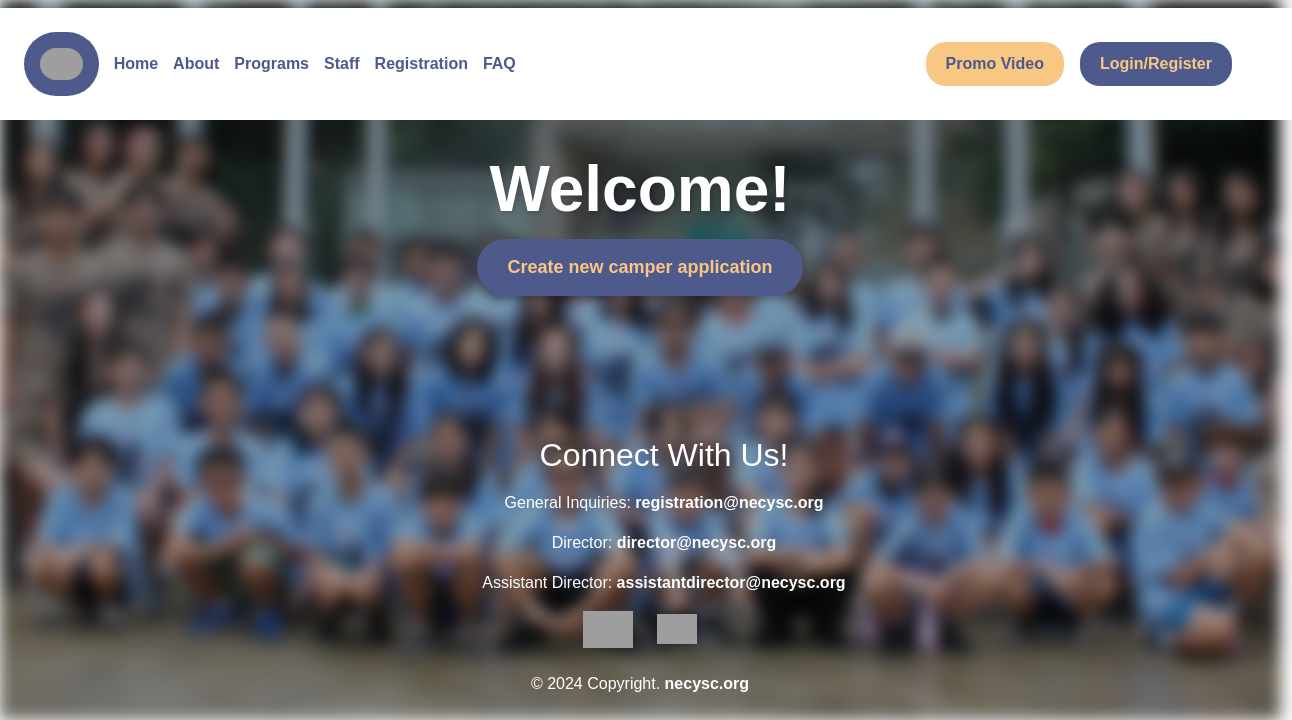
Repository: fullstackatbrown/project-necysc
Page: necysc_app/templates/necysc_app/applicant/index.html
An editor plug-in stored every save of this project. The page is shown before and after the next save, followed by the edit.
The browser window is 1280 px wide. The page is 1292 px wide, so the pictures cover 1292 px, including what lies to the right of the window. The pictures show the whole page.
Pictures or frames that could not be fetched are drawn as grey boxes. Some web fonts or font styles are not loaded; a fallback is used. The template is drawn by Django 5.2. The application's start-up code is not run. The template is opened directly, without the code that normally fills it, so the values that code supplies are empty.

Above is the page before, as saved 2024-12-04 02:02:15.

After the next save:
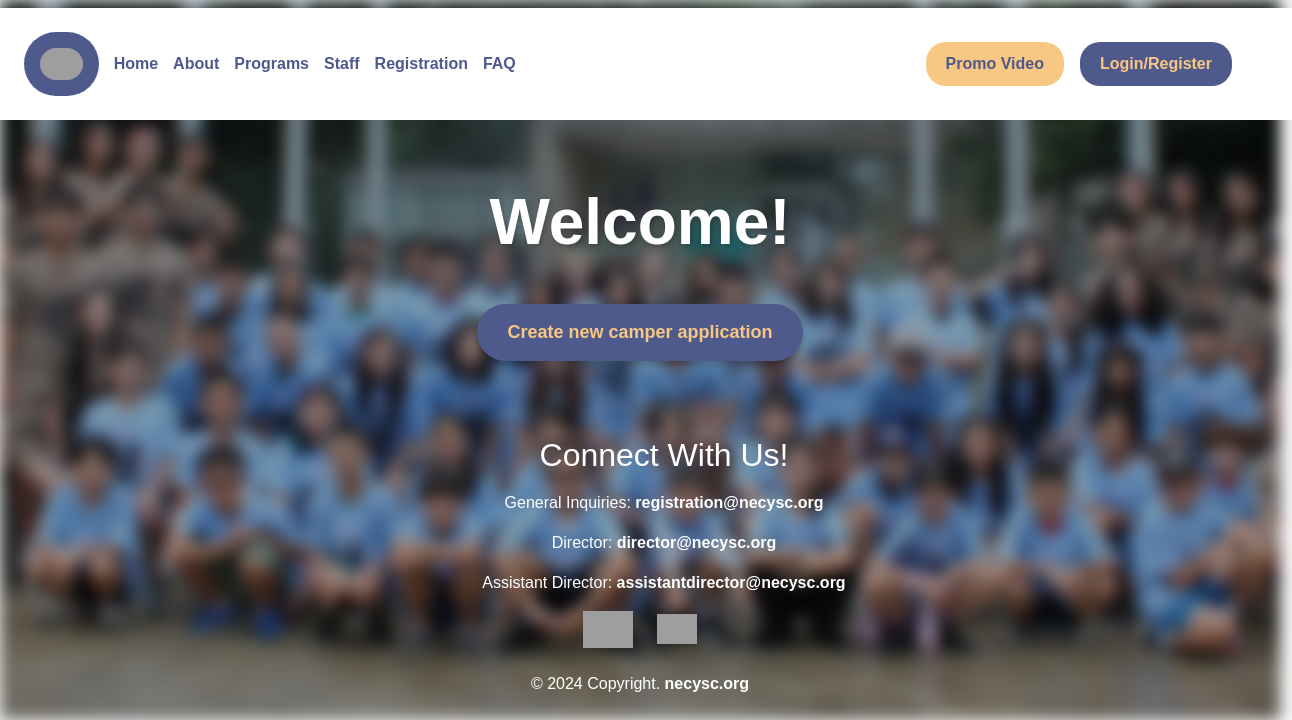
Saved 8 s later.
--- a/necysc_app/templates/necysc_app/applicant/index.html
+++ b/necysc_app/templates/necysc_app/applicant/index.html
@@ -106,7 +106,7 @@
         flex-direction: column; /* 元素垂直排列 */
         justify-content: center; /* 垂直居中 */
         align-items: center; /* 水平居中 */
-        height: 1vh; /* 占页面高度的三分之一 */
+        height: 10vh; /* 占页面高度的三分之一 */
         margin-top: 5vh; /* 页面顶部留空 */
     }
 
